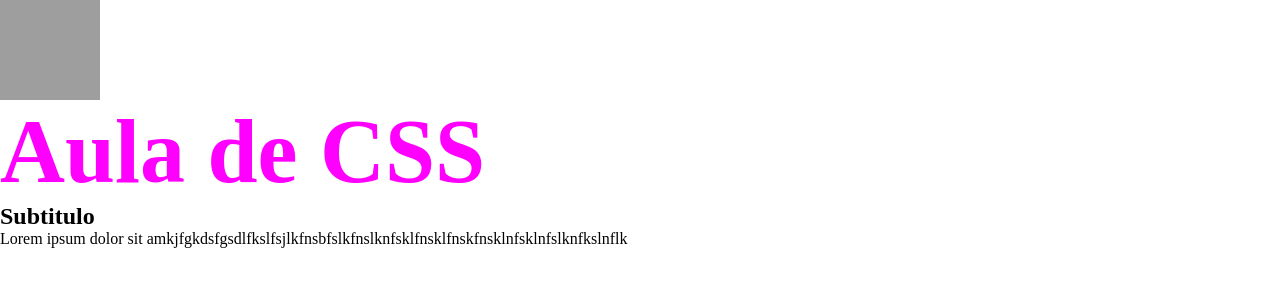
Repository: guilhermecardoso93/we-form
Page: index.html
An editor plug-in stored every save of this project. The page is shown before and after the next save, followed by the edit.
The browser window is 1280 px wide. The pictures show the whole page.
Pictures or frames that could not be fetched are drawn as grey boxes.

Above is the page before, as saved 2024-06-07 19:00:24.

### index.html
<!DOCTYPE html>
<html lang="pt-BR">

<head>
    <meta charset="UTF-8">
    <meta name="viewport" content="width=device-width, initial-scale=1.0">
    <link rel="stylesheet" href="./styles.css">
    <title>Aula de CSS</title>
</head>

<body>
    <div class="back">
    </div>
    <h1>Aula de CSS</h1>
    <h2>Subtitulo</h2>
    <p>Lorem ipsum dolor sit amkjfgkdsfgsdlfkslfsjlkfnsbfslkfnslknfsklfnsklfnskfnsklnfsklnfslknfkslnflk</p>
</body>

</html>

### styles.css
* {
  padding: 0;
  margin: 0;
}

h1 {
  color: #ff00ff;
  font-size: 90px;
  font-weight:900;
  font-style: bold;
}

.back {
  background-color: #000;
  height: 100px;
  width: 100px;
  background-image: url('https://plus.unsplash.com/premium_photo-1670148434900-5f0af77ba500?w=700&auto=format&fit=crop&q=60&ixlib=rb-4.0.3&ixid=M3wxMjA3fDB8MHxzZWFyY2h8MXx8c3BsYXNofGVufDB8fDB8fHww');
  background-size: cover;
}

After the next save:
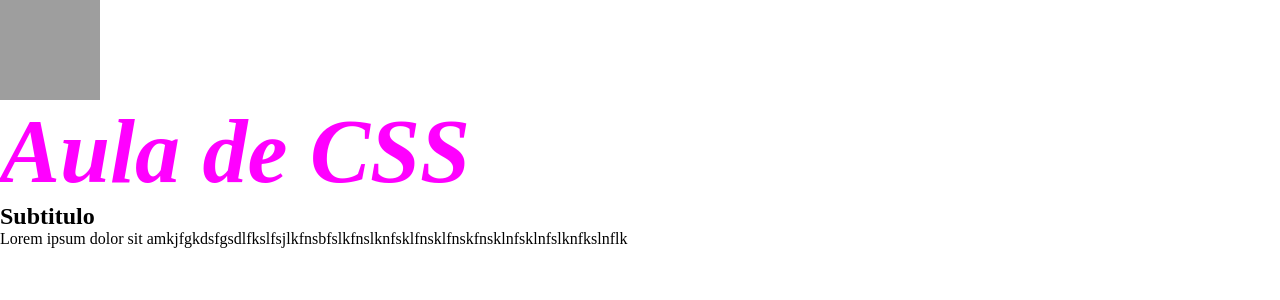
Saved 6 s later.
--- a/styles.css
+++ b/styles.css
@@ -7,7 +7,7 @@
   color: #ff00ff;
   font-size: 90px;
   font-weight:900;
-  font-style: bold;
+  font-style: italic;
 }
 
 .back {
